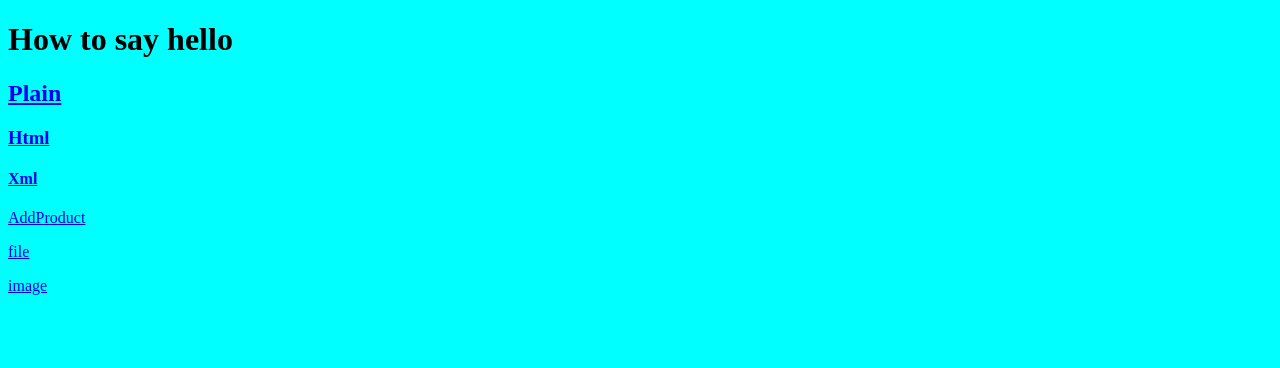
Repository: nishita-khandelwal/Zen-Training
Page: Restfulwebservices/TrivagoHotels/index.html
These files come from the project's save history. The page is drawn as it stood at one moment and after the next save; the edit follows.
The browser window is 1280 px wide. The pictures show the whole page.

Above is the page before, as saved 2019-07-25 22:18:33.

### Restfulwebservices/TrivagoHotels/index.html
<!DOCTYPE html>
<html>
<head>
<meta charset="ISO-8859-1">
<title>Trivago Home</title>
<style type="text/css">
body{
     background-color:cyan;
     }

</style>
</head>
<body>
<h1>How to say hello</h1>
<h2><a href="http://localhost:8010/HelloWebService/zenrest/zenhello">Plain</a></h2>
<h3><a href="http://localhost:8010/HelloWebService/zenrest/zenhello/welcome">Html</a></h3>
<h4><a href="http://localhost:8010/HelloWebService/zenrest/zenhello/welcomexml">Xml</a></h4>
<p><a href="AddProduct.html">AddProduct</a></p>
<p><a href="http://localhost:8010/HelloWebService/zenrest/files/txt">file</a>
<p><a href="http://localhost:8010/HelloWebService/zenrest/files/image">image</a>
</body>
</html>

After the next save:
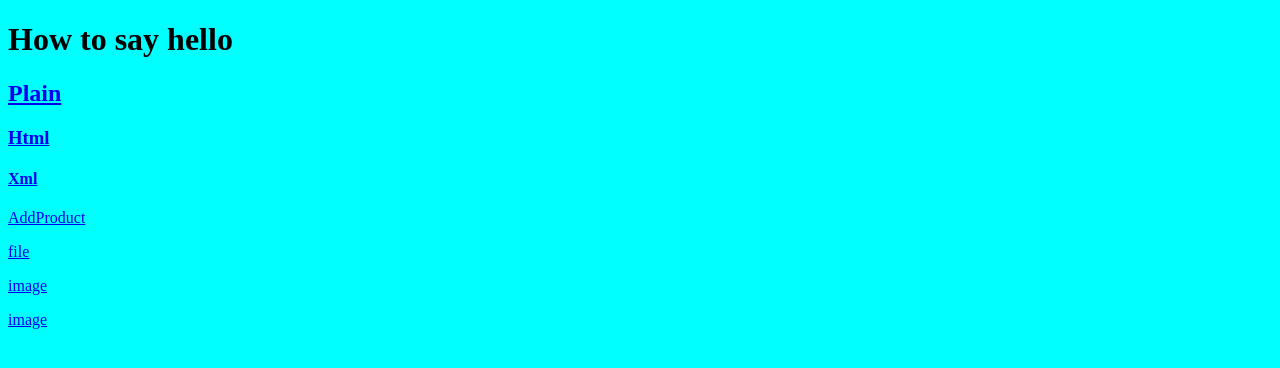
Saved 102 s later.
--- a/Restfulwebservices/TrivagoHotels/index.html
+++ b/Restfulwebservices/TrivagoHotels/index.html
@@ -18,5 +18,6 @@ body{
 <p><a href="AddProduct.html">AddProduct</a></p>
 <p><a href="http://localhost:8010/HelloWebService/zenrest/files/txt">file</a>
 <p><a href="http://localhost:8010/HelloWebService/zenrest/files/image">image</a>
+<p><a href="http://localhost:8010/HelloWebService/zenrest/UploadFile.html">image</a>
 </body>
 </html>
